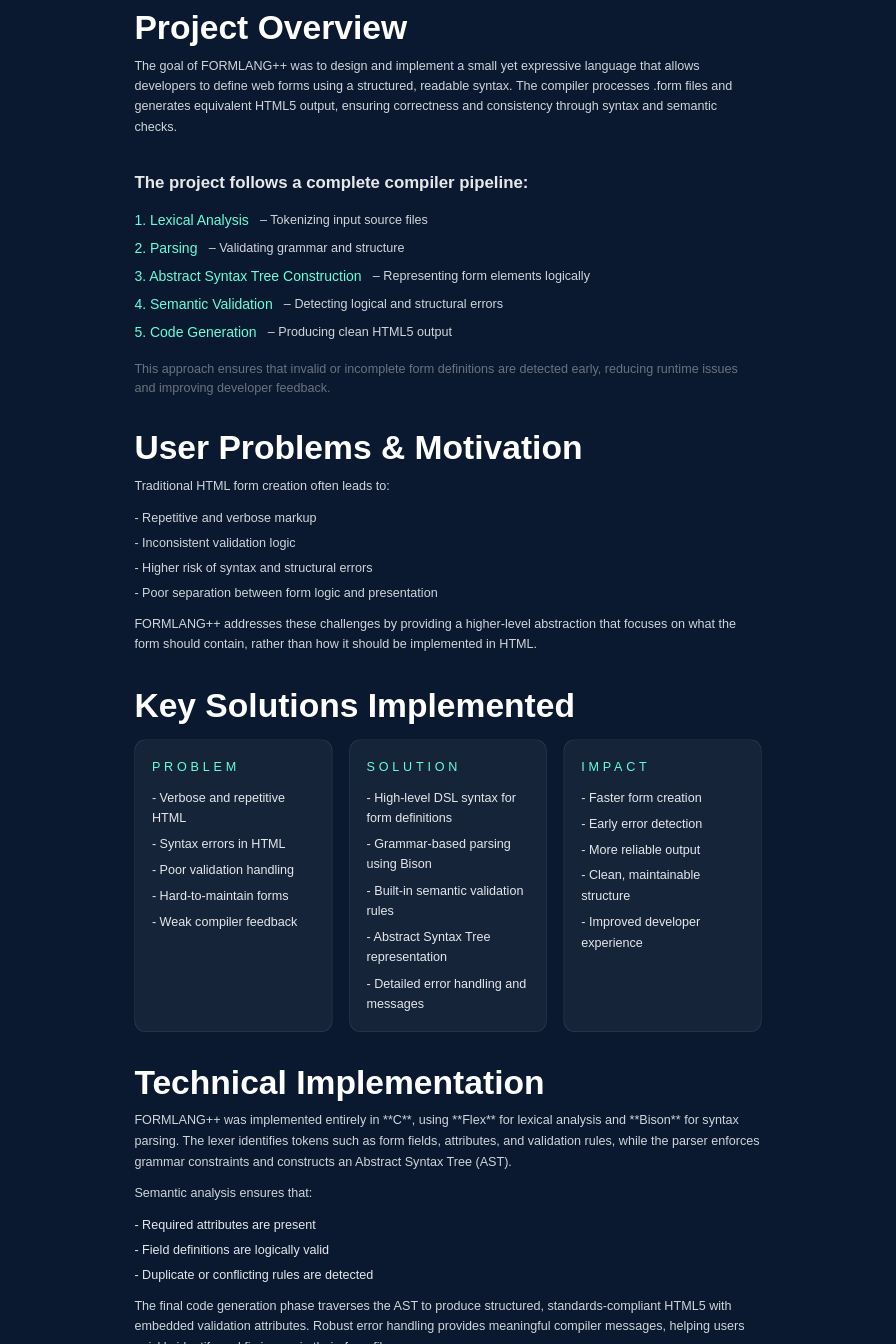
Repository: vinuki-thiranya/MyPortfolio
Page: /projects/formlang-plus-plus
These files come from the project's save history. The page is drawn as it stood at one moment and after the next save; the edit follows.
The browser window is 1280 px wide. The pictures show the part of the page from y = 1206 to 3126 px (the page is 6263 px tall before and 6183 px after), at 70% of full size.
The project was rebuilt for these pictures with package versions that can differ from the ones it lists, and the page was loaded fresh each time. The framework's server and built-in components were replaced by stand-ins that run in the browser. Also part of the build but not shown: next.config.mjs.

Above is the page before, as saved 2026-01-03 12:28:42.

After the next save:
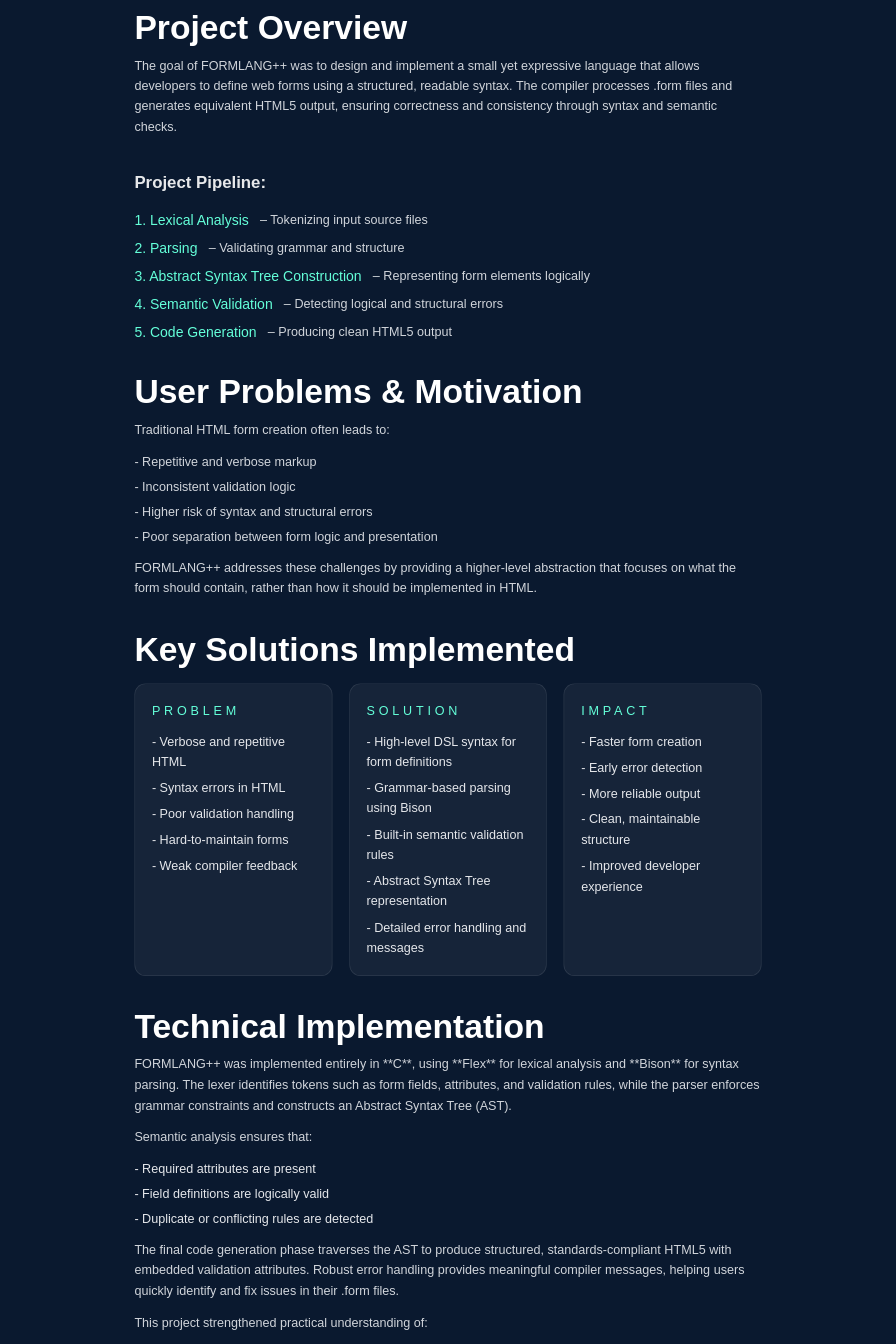
Saved 5 s later.
--- a/app/projects/[slug]/page.tsx
+++ b/app/projects/[slug]/page.tsx
@@ -217,7 +217,7 @@ export default function ProjectPage({ params }: { params: Promise<{ slug: string
 
               {project.caseStudy.pipeline && (
                 <div className="space-y-6">
-                  <h3 className="text-2xl font-semibold text-white/90">The project follows a complete compiler pipeline:</h3>
+                  <h3 className="text-2xl font-semibold text-white/90">Project Pipeline:</h3>
                   <ul className="grid gap-3 text-gray-300 text-lg">
                     {project.caseStudy.pipeline.map((item, index) => (
                       <li key={index} className="flex items-start gap-4">
@@ -225,9 +225,6 @@ export default function ProjectPage({ params }: { params: Promise<{ slug: string
                       </li>
                     ))}
                   </ul>
-                  <p className="text-lg text-gray-500">
-                    This approach ensures that invalid or incomplete form definitions are detected early, reducing runtime issues and improving developer feedback.
-                  </p>
                 </div>
               )}
 
